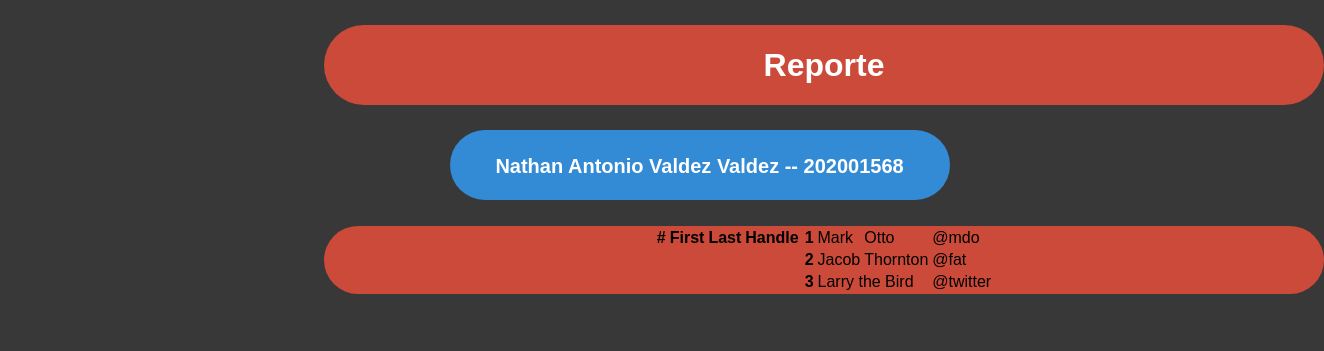
Repository: nathanvdev/LFP_PR_202001568
Page: plantilla.html
These files come from the project's save history. The page is drawn as it stood at one moment and after the next save; the edit follows.
The browser window is 1280 px wide. The page is 1324 px wide, so the pictures cover 1324 px, including what lies to the right of the window. The pictures show the whole page.

Above is the page before, as saved 2022-02-19 18:57:53.

### plantilla.html

<!DOCTYPE html>
<html lang="en">
<head>
    <meta charset="UTF-8">
    <meta http-equiv="X-UA-Compatible" content="IE=edge">
    <meta name="viewport" content="width=device-width, initial-scale=1.0">
    <title>Document</title>
</head>
<style>
    body{
        font-family: sans-serif;
    }
    .titlebox{
        background-color: rgb(204, 74, 57);
        height: auto;
        width: 1000px;
        margin: 2%;
        margin-left: 25%;
        border-radius: 45px;


        display: flex;
        justify-content: center;
    }
    .PersonalInfo{
        background-color: rgb(50, 139, 212);
        height: 70px;
        width: 500px;
        margin: 2%;
        margin-top: 0px;
        margin-left: 35%;
        border-radius: 45px;

    }
    .tabla{

    }
</style>
<body style="background-color: rgb(56, 56, 56);">
    <div class="titlebox">
        <h1 style="color: white;">Reporte</h1>
    </div>
    <div class="PersonalInfo">
        <h3 style="color: white;
        margin: 5%; float: left; font-size: 20px; padding-left: 20px;">
            Nathan Antonio Valdez Valdez  --  202001568
        </h3>
    </div>
    <div class="tabla">
<table class="titlebox">
  <thead>
    <tr>
      <th scope="col">#</th>
      <th scope="col">First</th>
      <th scope="col">Last</th>
      <th scope="col">Handle</th>
    </tr>
  </thead>
  <tbody>
    <tr>
      <th scope="row">1</th>
      <td>Mark</td>
      <td>Otto</td>
      <td>@mdo</td>
    </tr>
    <tr>
      <th scope="row">2</th>
      <td>Jacob</td>
      <td>Thornton</td>
      <td>@fat</td>
    </tr>
    <tr>
      <th scope="row">3</th>
      <td colspan="2">Larry the Bird</td>
      <td>@twitter</td>
    </tr>
  </tbody>
</table>
    </div>
</body>
</html>

After the next save:
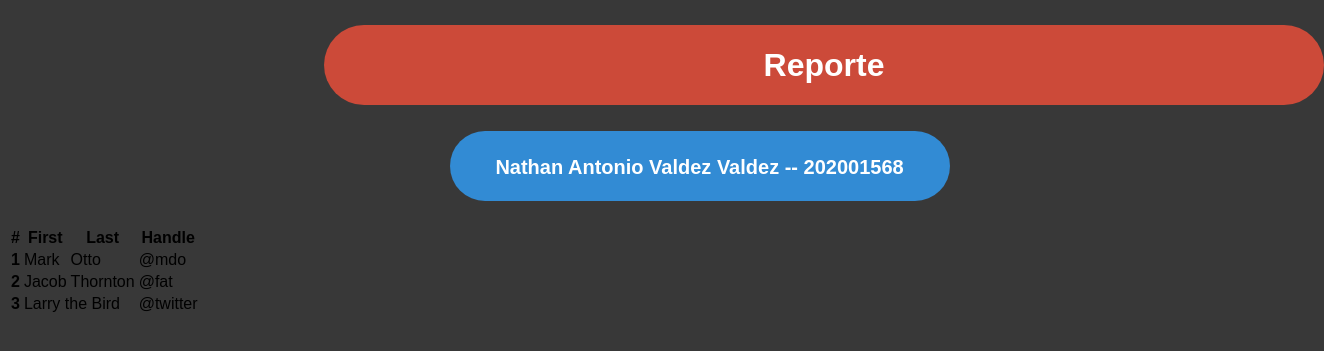
Saved 75 s later.
--- a/plantilla.html
+++ b/plantilla.html
@@ -13,7 +13,7 @@
     }
     .titlebox{
         background-color: rgb(204, 74, 57);
-        height: auto;
+        height: 80px;
         width: 1000px;
         margin: 2%;
         margin-left: 25%;
@@ -33,9 +33,7 @@
         border-radius: 45px;
 
     }
-    .tabla{
-
-    }
+    .tabla{}
 </style>
 <body style="background-color: rgb(56, 56, 56);">
     <div class="titlebox">
@@ -47,36 +45,35 @@
             Nathan Antonio Valdez Valdez  --  202001568
         </h3>
     </div>
-    <div class="tabla">
-<table class="titlebox">
-  <thead>
-    <tr>
-      <th scope="col">#</th>
-      <th scope="col">First</th>
-      <th scope="col">Last</th>
-      <th scope="col">Handle</th>
-    </tr>
-  </thead>
-  <tbody>
-    <tr>
-      <th scope="row">1</th>
-      <td>Mark</td>
-      <td>Otto</td>
-      <td>@mdo</td>
-    </tr>
-    <tr>
-      <th scope="row">2</th>
-      <td>Jacob</td>
-      <td>Thornton</td>
-      <td>@fat</td>
-    </tr>
-    <tr>
-      <th scope="row">3</th>
-      <td colspan="2">Larry the Bird</td>
-      <td>@twitter</td>
-    </tr>
-  </tbody>
-</table>
-    </div>
+
+    <table class="table table-dark table-striped">
+        <thead>
+          <tr>
+            <th scope="col">#</th>
+            <th scope="col">First</th>
+            <th scope="col">Last</th>
+            <th scope="col">Handle</th>
+          </tr>
+        </thead>
+        <tbody>
+          <tr>
+            <th scope="row">1</th>
+            <td>Mark</td>
+            <td>Otto</td>
+            <td>@mdo</td>
+          </tr>
+          <tr>
+            <th scope="row">2</th>
+            <td>Jacob</td>
+            <td>Thornton</td>
+            <td>@fat</td>
+          </tr>
+          <tr>
+            <th scope="row">3</th>
+            <td colspan="2">Larry the Bird</td>
+            <td>@twitter</td>
+          </tr>
+        </tbody>
+      </table>
 </body>
 </html>
